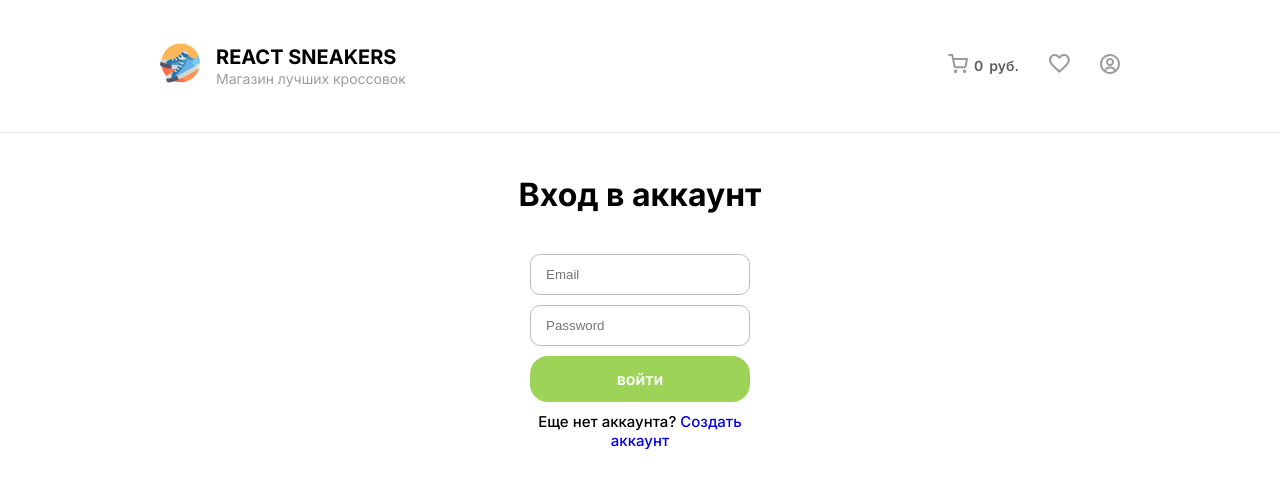
Repository: maxbirimkulov/sneakers20
Page: src/pages/login.html
These files come from the project's save history. The page is drawn as it stood at one moment and after the next save; the edit follows.
The browser window is 1280 px wide. The pictures show the whole page.
The style sheet was rebuilt from its Sass, Less or Tailwind sources for each picture, by a compiler version that may differ from the author's.

Above is the page before, as saved 2022-11-13 00:13:40.

After the next save:
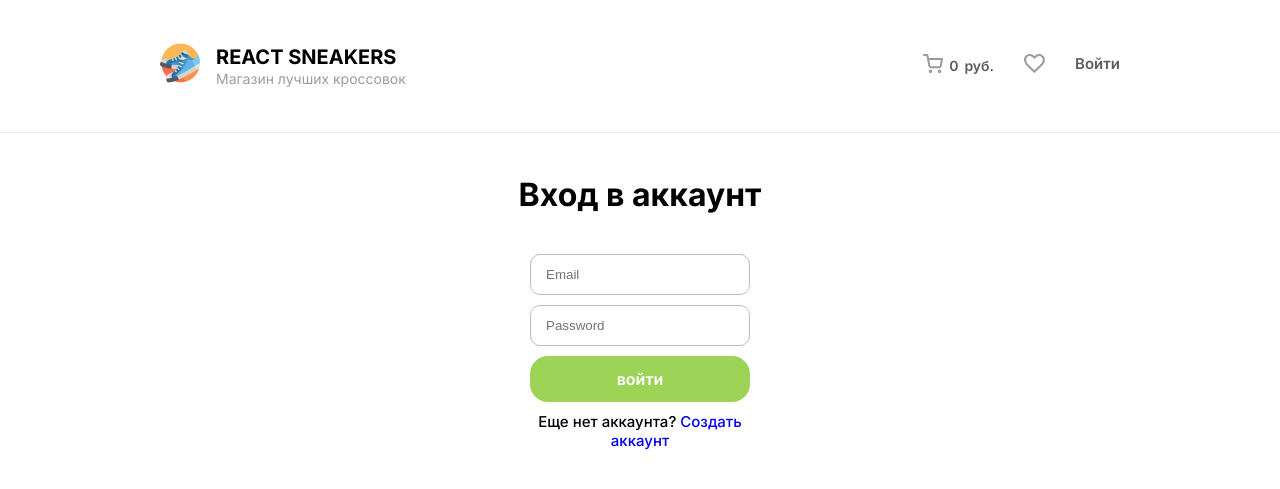
Saved 3 min 27 s later.
--- a/src/pages/login.html
+++ b/src/pages/login.html
@@ -83,23 +83,9 @@
                   />
                 </svg> </span
             ></a>
-            <a href="./register.html" class="header__links-user"
-              ><span class="header__links-user-logo"
-                ><svg
-                  width="20"
-                  height="20"
-                  viewBox="0 0 20 20"
-                  fill="none"
-                  xmlns="http://www.w3.org/2000/svg"
-                >
-                  <path
-                    fill-rule="evenodd"
-                    clip-rule="evenodd"
-                    d="M0 10C0 4.579 4.579 0 10 0C15.421 0 20 4.579 20 10C20 13.19 18.408 16.078 16 17.924V18H15.898C14.23 19.245 12.187 20 10 20C7.813 20 5.77 19.245 4.102 18H4V17.924C1.592 16.078 0 13.189 0 10ZM7.12347 15.236C6.59154 15.6639 6.22136 16.2604 6.074 16.927C7.242 17.604 8.584 18 10 18C11.416 18 12.758 17.604 13.926 16.927C13.7785 16.2605 13.4082 15.6641 12.8764 15.2362C12.3445 14.8083 11.6827 14.5744 11 14.573H9C8.3173 14.5742 7.6554 14.808 7.12347 15.236ZM13.7677 13.4117C14.5877 13.9574 15.2286 14.7329 15.61 15.641C17.077 14.182 18 12.176 18 10C18 5.663 14.337 2 10 2C5.663 2 2 5.663 2 10C2 12.176 2.923 14.182 4.39 15.641C4.77144 14.7329 5.41227 13.9574 6.23227 13.4117C7.05227 12.866 8.01501 12.5742 9 12.573H11C11.985 12.5742 12.9477 12.866 13.7677 13.4117ZM6 8C6 5.72 7.72 4 10 4C12.28 4 14 5.72 14 8C14 10.28 12.28 12 10 12C7.72 12 6 10.28 6 8ZM8 8C8 9.178 8.822 10 10 10C11.178 10 12 9.178 12 8C12 6.822 11.178 6 10 6C8.822 6 8 6.822 8 8Z"
-                    fill="#9B9B9B"
-                  />
-                </svg> </span
-            ></a>
+            <p class="header__links-user">
+              <a href="./src/pages/register.html">Войти</a>
+            </p>
           </div>
         </nav>
       </div>
